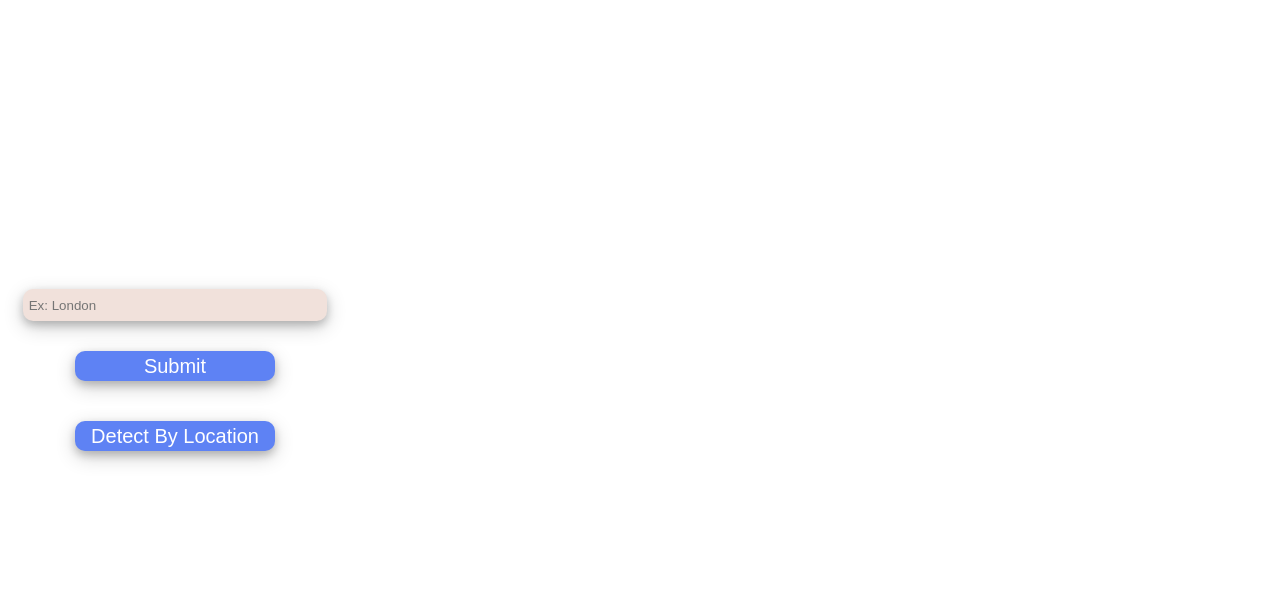
Repository: ahmedazawi/weather-app
Page: /
These files come from the project's save history. The page is drawn as it stood at one moment and after the next save; the edit follows.
The browser window is 1280 px wide. The pictures show the whole page.
The project was rebuilt for these pictures with package versions that can differ from the ones it lists, and the page was loaded fresh each time. Also part of the build but not shown: src/layout/Header.js, src/assets/css/details.css, src/assets/data/ContextApi.js, src/assets/css/SevenDaysCards.css, src/components/card.js, src/components/SevenDaysCards.js, src/assets/data/Api.js, src/components/Map.js and 2 more.

Above is the page before, as saved 2022-11-30 22:51:48.

### src/App.js
import React, { useState, useEffect } from "react";
import "./App.css";
import Header from "./layout/Header";
import Details from "./components/Details";

import Store from "./assets/data/Store";
function App() {
  const [lat, setLat] = useState();
  const [long, setLong] = useState();
  const [located, setLocated] = useState(false);
  const [cityName, setCityName] = useState("");
  const [subCity, setSubCity] = useState();

  const inputHandler = (event) => {
    setCityName(event.target.value);
  };
  const clickHandler = () => {
    setSubCity(cityName);
  };
  const geolocationAPI = navigator.geolocation;
  const getUserCoordinates = () => {
    if (!geolocationAPI) {
      console.log("Geolocation API is not available in your browser!");
    } else {
      geolocationAPI.getCurrentPosition(
        (position) => {
          const { coords } = position;
          setLat(coords.latitude);
          setLong(coords.longitude);
          setLocated(true);
        },

        (error) => {
          console.log("Something went wrong getting your position!");
        }
      );
    }
  };

  if (!subCity && !located) {
    return (
      <div className="App">
        <div>
          <input
            type="text"
            className="form-control"
            name="cityName"
            onChange={inputHandler}
            value={cityName}
            placeholder=" Ex: London"
          />
          <button onClick={clickHandler} className="btn">
            Submit
          </button>
        </div>
        <button className="btn" onClick={getUserCoordinates}>
          Detect By Location
        </button>
      </div>
    );
  }
  console.log(located);
  return (
    <div>
      <Header />
      <Store located={located} lat={lat} long={long} city={subCity}>
        <Details />
      </Store>
    </div>
  );
}

export default App;

### src/App.css
body {
  --primaryColor: #5e82f4;
  --secondaryColor: #ffffff;
  --borderRadius: 25px;
}

.nav {
  display: flex;
  align-items: center;
  height: 55px;
  background-color: var(--primaryColor);
}
.App {
  display: flex;
  flex-direction: column;
  align-items: center;
  justify-content: center;
  height: 400px;
  width: 350px;
  margin-top: 170px;
  gap: 40px;
}
.App > div {
  display: flex;
  flex-direction: column;
  align-items: center;
  gap: 30px;
}
.App .btn {
  border: none;
  border-radius: 10px;
  color: var(--secondaryColor);
  background-color: var(--primaryColor);
  height: 30px;
  width: 200px;
  font-size: 20px;

  -moz-box-shadow: 0 4px 8px 0 rgba(0, 0, 0, 0.2),
    0 6px 20px 0 rgba(0, 0, 0, 0.19);
  -o-box-shadow: 0 4px 8px 0 rgba(0, 0, 0, 0.2),
    0 6px 20px 0 rgba(0, 0, 0, 0.19);
  -webkit-box-shadow: 0 4px 8px 0 rgba(0, 0, 0, 0.2),
    0 6px 20px 0 rgba(0, 0, 0, 0.19);
  box-shadow: 0 4px 8px 0 rgba(0, 0, 0, 0.2), 0 6px 20px 0 rgba(0, 0, 0, 0.19);
  -moz-transition: all 0.4s ease-in-out;
  -o-transition: all 0.4s ease-in-out;
  -webkit-transition: all 0.4s ease-in-out;
  transition: all 0.4s ease-in-out;
}
.App .btn:hover {
  -moz-box-shadow: 0 14px 18px 0 rgba(0, 0, 0, 0.2),
    0 16px 30px 0 rgba(0, 0, 0, 0.19);
  -o-box-shadow: 0 14px 18px 0 rgba(0, 0, 0, 0.2),
    0 16px 30px 0 rgba(0, 0, 0, 0.19);
  -webkit-box-shadow: 0 14px 18px 0 rgba(0, 0, 0, 0.2),
    0 16px 30px 0 rgba(0, 0, 0, 0.19);
  box-shadow: 0 14px 18px 0 rgba(0, 0, 0, 0.2),
    0 16px 30px 0 rgba(0, 0, 0, 0.19);
  cursor: pointer;
}
.App .form-control {
  background-color: #f1e1db;
  border: none;
  border-radius: 10px;
  height: 30px;
  width: 300px;

  -moz-box-shadow: 0 4px 8px 0 rgba(0, 0, 0, 0.2),
    0 6px 20px 0 rgba(0, 0, 0, 0.19);
  -o-box-shadow: 0 4px 8px 0 rgba(0, 0, 0, 0.2),
    0 6px 20px 0 rgba(0, 0, 0, 0.19);
  -webkit-box-shadow: 0 4px 8px 0 rgba(0, 0, 0, 0.2),
    0 6px 20px 0 rgba(0, 0, 0, 0.19);
  box-shadow: 0 4px 8px 0 rgba(0, 0, 0, 0.2), 0 6px 20px 0 rgba(0, 0, 0, 0.19);
  -moz-transition: all 0.4s ease-in-out;
  -o-transition: all 0.4s ease-in-out;
  -webkit-transition: all 0.4s ease-in-out;
  transition: all 0.4s ease-in-out;
}
.App .form-control:hover {
  -moz-box-shadow: 0 14px 18px 0 rgba(0, 0, 0, 0.2),
    0 16px 30px 0 rgba(0, 0, 0, 0.19);
  -o-box-shadow: 0 14px 18px 0 rgba(0, 0, 0, 0.2),
    0 16px 30px 0 rgba(0, 0, 0, 0.19);
  -webkit-box-shadow: 0 14px 18px 0 rgba(0, 0, 0, 0.2),
    0 16px 30px 0 rgba(0, 0, 0, 0.19);
  box-shadow: 0 14px 18px 0 rgba(0, 0, 0, 0.2),
    0 16px 30px 0 rgba(0, 0, 0, 0.19);
  cursor: pointer;
}

Loaded but not shown: public/index.html (common file); src/index.js (common file); src/index.css (common file)

After the next save:
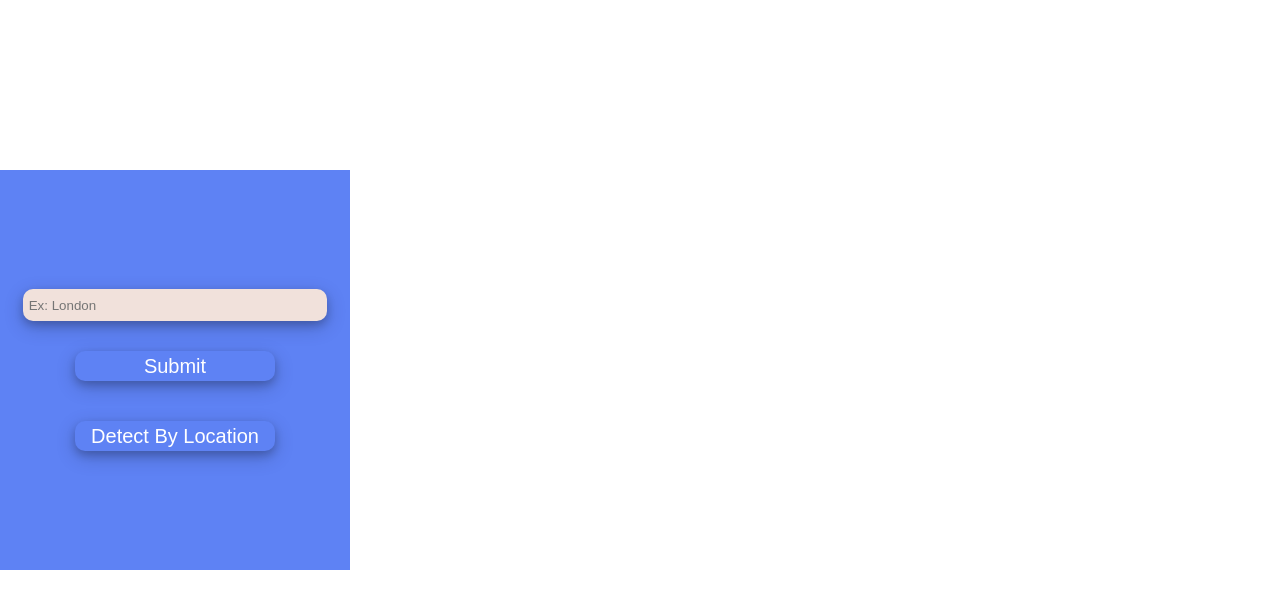
Saved 21 s later.
--- a/src/App.css
+++ b/src/App.css
@@ -17,6 +17,7 @@ body {
   justify-content: center;
   height: 400px;
   width: 350px;
+  background-color: #5e82f4;
   margin-top: 170px;
   gap: 40px;
 }
